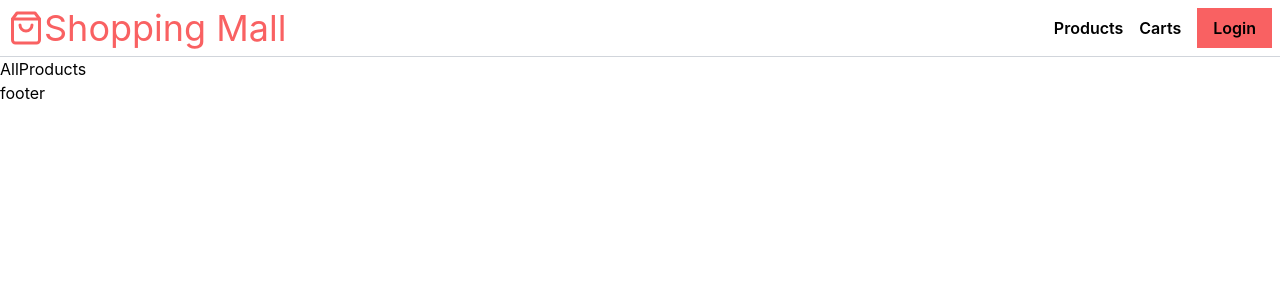
Repository: dnjfht/shopping_mall
Page: /products
An editor plug-in stored every save of this project. The page is shown before and after the next save, followed by the edit.
The browser window is 1280 px wide. The pictures show the whole page.
The project was rebuilt for these pictures with package versions that can differ from the ones it lists, and the page was loaded fresh each time. Also part of the build but not shown: src/App.css, src/components/User.jsx, src/pages/Home.jsx, src/pages/NewProduct.jsx, src/pages/ProductDetail.jsx, src/pages/NotFound.jsx, src/pages/MyCart.jsx.

Above is the page before, as saved 2023-03-06 01:41:10.

### public/index.html
<!DOCTYPE html>
<html lang="en">
  <head>
    <meta charset="utf-8" />
    <link rel="icon" href="%PUBLIC_URL%/favicon.ico" />
    <meta name="viewport" content="width=device-width, initial-scale=1" />
    <meta name="theme-color" content="#000000" />
    <meta
      name="description"
      content="Web site created using create-react-app"
    />
    <link rel="apple-touch-icon" href="%PUBLIC_URL%/logo192.png" />
    <!--
      manifest.json provides metadata used when your web app is installed on a
      user's mobile device or desktop. See https://developers.google.com/web/fundamentals/web-app-manifest/
    -->
    <link rel="manifest" href="%PUBLIC_URL%/manifest.json" />
    <!--
      Notice the use of %PUBLIC_URL% in the tags above.
      It will be replaced with the URL of the `public` folder during the build.
      Only files inside the `public` folder can be referenced from the HTML.

      Unlike "/favicon.ico" or "favicon.ico", "%PUBLIC_URL%/favicon.ico" will
      work correctly both with client-side routing and a non-root public URL.
      Learn how to configure a non-root public URL by running `npm run build`.
    -->
    <title>Shopping Mall</title>
  </head>
  <body>
    <noscript>You need to enable JavaScript to run this app.</noscript>
    <div id="root"></div>
    <!--
      This HTML file is a template.
      If you open it directly in the browser, you will see an empty page.

      You can add webfonts, meta tags, or analytics to this file.
      The build step will place the bundled scripts into the <body> tag.

      To begin the development, run `npm start` or `yarn start`.
      To create a production bundle, use `npm run build` or `yarn build`.
    -->
  </body>
</html>

### src/index.js
import React from "react";
import ReactDOM from "react-dom/client";
import "./index.css";
import App from "./App";
import reportWebVitals from "./reportWebVitals";

import { createBrowserRouter, RouterProvider } from "react-router-dom";
import Home from "./pages/Home";
import AllProducts from "./pages/AllProducts";
import NewProduct from "./pages/NewProduct";
import ProductDetail from "./pages/ProductDetail";
import NotFound from "./pages/NotFound";
import MyCart from "./pages/MyCart";

const router = createBrowserRouter([
  {
    path: "/",
    element: <App />,
    errorElement: <NotFound />,
    children: [
      { index: true, path: "/", element: <Home /> },
      { path: "/products", element: <AllProducts /> },
      {
        path: "/products/new",
        element: <NewProduct />,
      },
      {
        path: "/products/:id",
        element: <ProductDetail />,
      },
      {
        path: "/carts",
        element: <MyCart />,
      },
    ],
  },
]);

const root = ReactDOM.createRoot(document.getElementById("root"));
root.render(
  <React.StrictMode>
    <RouterProvider router={router} />
  </React.StrictMode>
);

// If you want to start measuring performance in your app, pass a function
// to log results (for example: reportWebVitals(console.log))
// or send to an analytics endpoint. Learn more: https://bit.ly/CRA-vitals
reportWebVitals();

### src/index.css
@tailwind base;
@tailwind components;
@tailwind utilities;

body {
  margin: 0;
  font-family: -apple-system, BlinkMacSystemFont, "Segoe UI", "Roboto", "Oxygen",
    "Ubuntu", "Cantarell", "Fira Sans", "Droid Sans", "Helvetica Neue",
    sans-serif;
  -webkit-font-smoothing: antialiased;
  -moz-osx-font-smoothing: grayscale;
  @apply flex flex-col items-center;
}

#root {
  @apply w-full max-w-screen-2xl;
}

code {
  font-family: source-code-pro, Menlo, Monaco, Consolas, "Courier New",
    monospace;
}

### src/App.js
import "./App.css";
import Header from "./components/Header";
import Footer from "./components/Footer";
import { Outlet } from "react-router-dom";

function App() {
  return (
    <div>
      <Header />
      <Outlet />
      <Footer />
    </div>
  );
}

export default App;

### src/pages/AllProducts.jsx
import React from "react";

export default function AllProducts() {
  return <div>AllProducts</div>;
}

### src/components/Header.jsx
import React, { useEffect, useState } from "react";
import { Link } from "react-router-dom";
import { FiShoppingBag } from "react-icons/fi";
import { BsFillPencilFill } from "react-icons/bs";
import { login, logout, onUserStateChange } from "../firebase";
import User from "./User";
import Button from "./ui/Button";

export default function Header() {
  const [user, setUser] = useState();

  useEffect(() => {
    onUserStateChange((user) => {
      console.log(user);
      setUser(user);
    });
  }, []);

  return (
    <header className="flex justify-between border-b border-gray-300 p-2">
      <Link to="/" className="flex items-center text-4xl text-brand">
        <FiShoppingBag />
        <h1>Shopping Mall</h1>
      </Link>
      <nav className="flex items-center gap-4 font-semibold">
        <Link to="/products">Products</Link>
        <Link to="/carts">Carts</Link>
        {user && user.isAdmin && (
          <Link to="/products/new" className="text-2xl">
            <BsFillPencilFill />
          </Link>
        )}
        {user && <User user={user} />}
        {!user && <Button text={"Login"} onClick={login} />}
        {user && <Button text={"Logout"} onClick={logout} />}
      </nav>
    </header>
  );
}

### src/components/Footer.jsx
import React from "react";

export default function Footer() {
  return <div>footer</div>;
}

### src/firebase.js
// Import the functions you need from the SDKs you need
import { initializeApp } from "firebase/app";
import {
  getAuth,
  signInWithPopup,
  GoogleAuthProvider,
  signOut,
  onAuthStateChanged,
} from "firebase/auth";
import { getDatabase, ref, child, get } from "firebase/database";

const firebaseConfig = {
  apiKey: process.env.REACT_APP_FIREBASE_API_KEY,
  authDomain: process.env.REACT_APP_FIREBASE_AUTH_DOMAIN,
  databaseURL: process.env.REACT_APP_FIREBASE_DB_URL,
  projectId: process.env.REACT_APP_FIREBASE_PROJECT_ID,
};

// Initialize Firebase
const app = initializeApp(firebaseConfig);

// Initialize Firebase Authentication and get a reference to the service
const auth = getAuth(app);
// Initialize Realtime Database and get a reference to the service
const database = getDatabase(app);

const provider = new GoogleAuthProvider();

export async function login() {
  return signInWithPopup(auth, provider).catch(console.error);
}

export async function logout() {
  return signOut(auth);
  // return signOut(auth).then(() => null);
}

export function onUserStateChange(callback) {
  onAuthStateChanged(auth, async (user) => {
    // 1. 사용자가 있는 경우에 (로그인한 경우)
    const updateUser = user ? await adminUser(user) : null;
    callback(updateUser);
  });
}

async function adminUser(user) {
  // 2. 사용자가 어드민 권한을 가지고 있는지 확인!
  // 3. {...user, isAdmin: true/false}

  const dbRef = ref(database);
  return get(child(dbRef, "admins")).then((snapshot) => {
    if (snapshot.exists()) {
      const admins = snapshot.val();
      console.log(admins);
      const isAdmin = admins.includes(user.uid);
      return { ...user, isAdmin };
    }
    return user;
  });
}

### src/components/ui/Button.jsx
import React from "react";

export default function Button({ text, onClick }) {
  return (
    <button className="bg-brand py-2 px-4" onClick={onClick}>
      {text}
    </button>
  );
}

### tailwind.config.js
/** @type {import('tailwindcss').Config} */
module.exports = {
  content: ["./src/**/*.{js,jsx}"],
  theme: {
    extend: {
      colors: {
        brand: "#F96162",
      },
    },
  },
  plugins: [],
};

Loaded but not shown: src/reportWebVitals.js (common file)

After the next save:
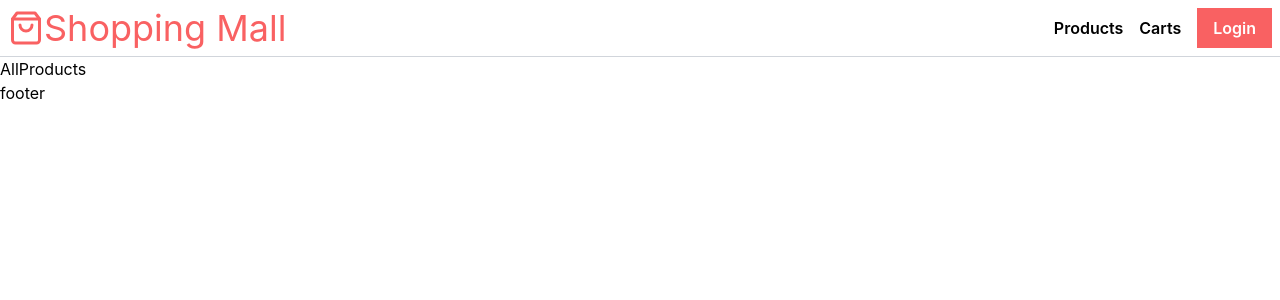
Saved 18 s later.
--- a/src/components/ui/Button.jsx
+++ b/src/components/ui/Button.jsx
@@ -2,7 +2,7 @@ import React from "react";
 
 export default function Button({ text, onClick }) {
   return (
-    <button className="bg-brand py-2 px-4" onClick={onClick}>
+    <button className="bg-brand text-white py-2 px-4" onClick={onClick}>
       {text}
     </button>
   );
